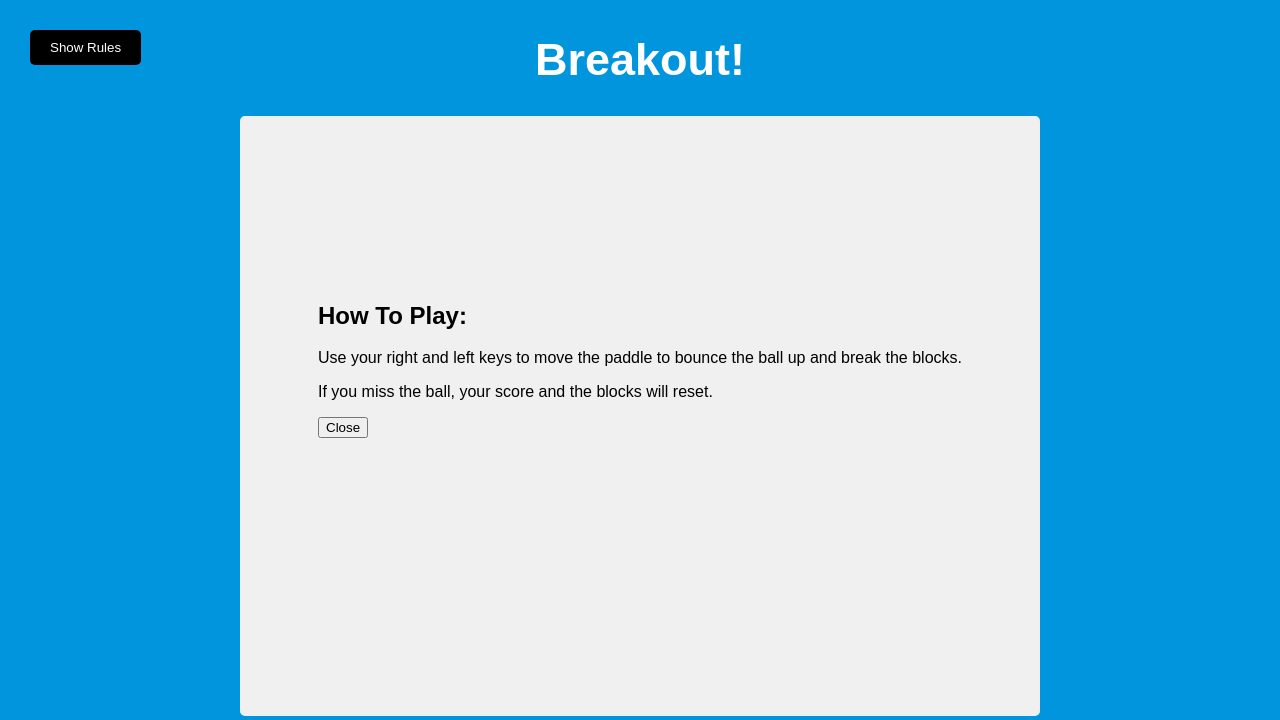
Repository: JackyZzZz/BREAKOUT-GAME
Page: index.html
These files come from the project's save history. The page is drawn as it stood at one moment and after a run of saves; the edit follows.
The browser window is 1280 px wide. The pictures show the whole page.

Above is the page before, as saved 2023-09-04 20:42:30.

After the next 2 saves:
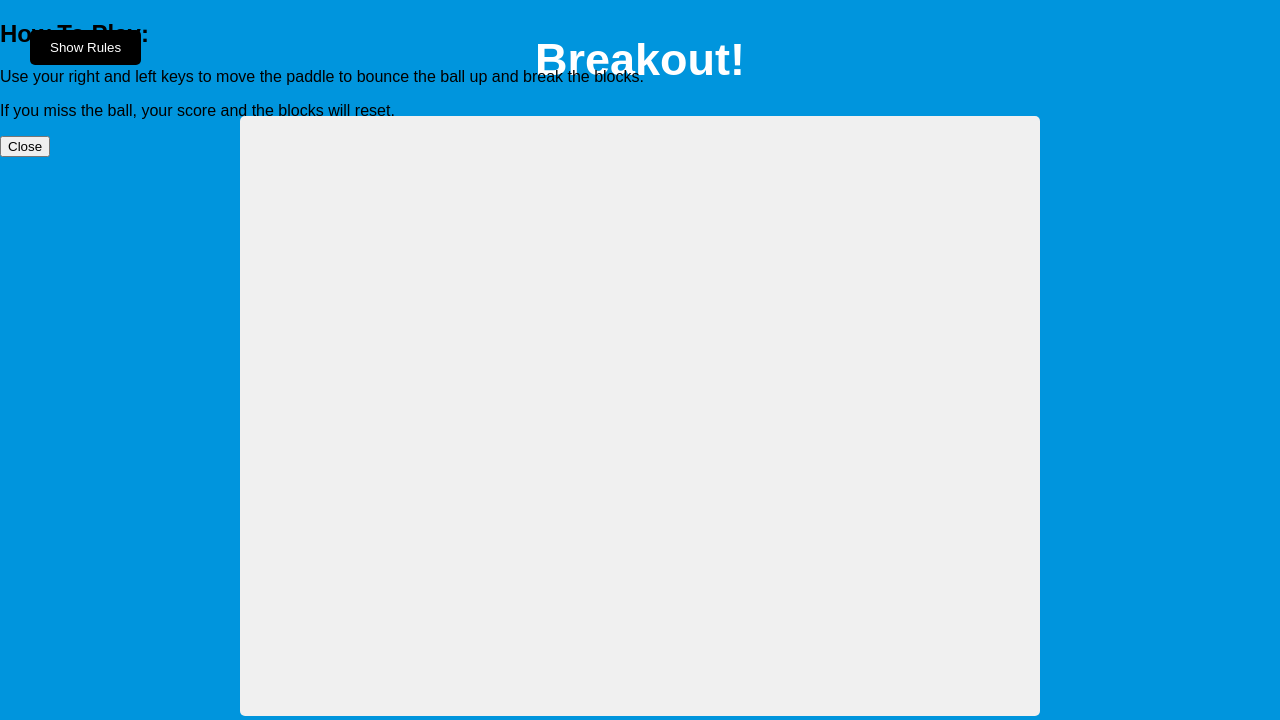
The 2 saves are shown as one change because they came seconds apart.
The last was saved 8 s later.
--- a/style.css
+++ b/style.css
@@ -53,4 +53,6 @@ canvas {
 
 .rules {
     position: absolute;
+    top: 0;
+    left: 0;
 }
